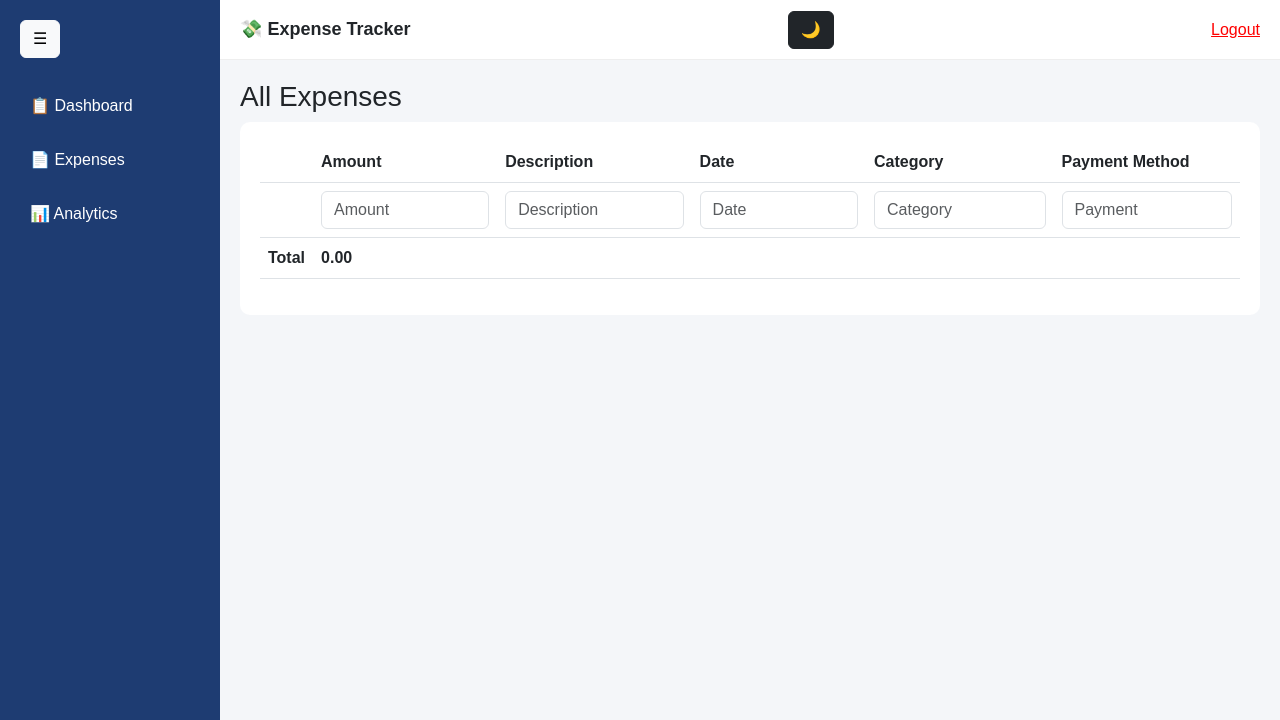
Repository: TejasChoudhary1996/expense-microservices
Page: http://localhost/ui-service/WEB-INF/jsp/pages/expenses.jsp
An editor plug-in stored every save of this project. The page is shown before and after the next save, followed by the edit.
The browser window is 1280 px wide. The pictures show the whole page.
The page is served by Tomcat 10. Nobody is signed in. The template is opened directly, without the code that normally fills it, so the values that code supplies are empty.

Above is the page before, as saved 2026-03-29 17:20:21.

After the next save:
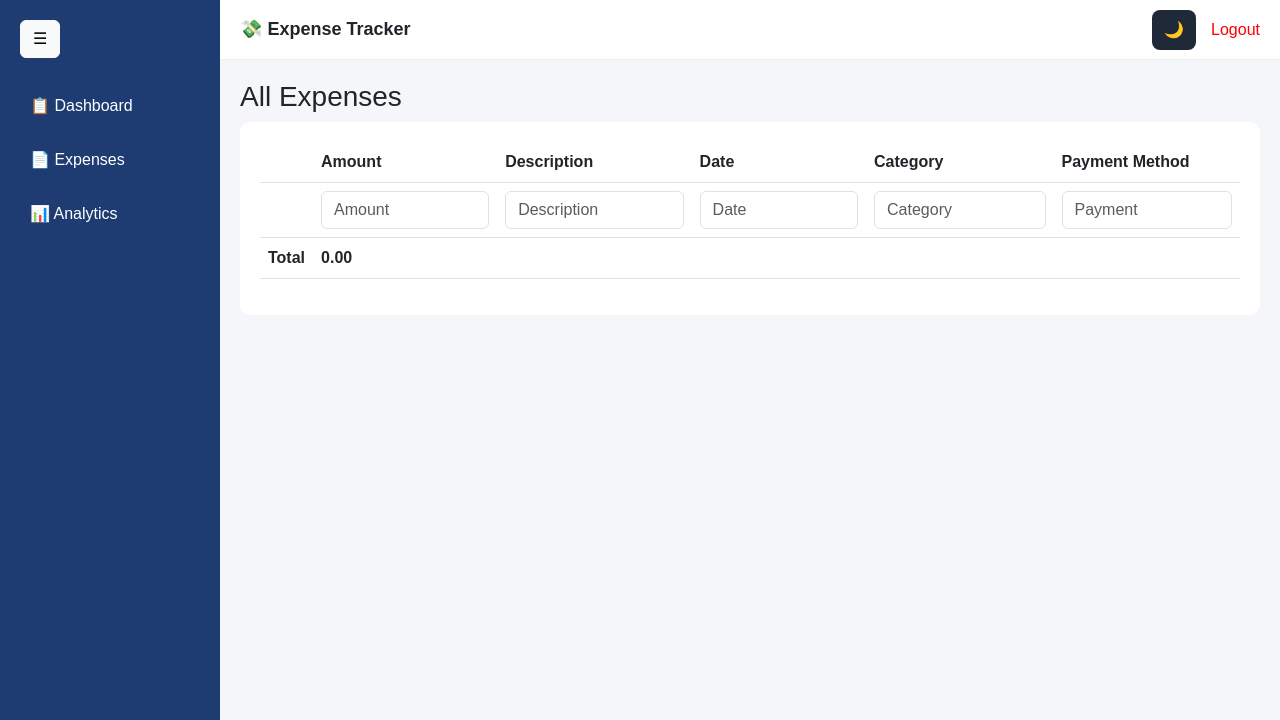
Saved 13 min 5 s later.
--- a/ui-service/src/main/webapp/WEB-INF/jsp/layout/header.jsp
+++ b/ui-service/src/main/webapp/WEB-INF/jsp/layout/header.jsp
@@ -178,6 +178,18 @@ function toggleTheme() {
 <!-- ===== HEADER ===== -->
 <div class="header">
     <h5>💸 Expense Tracker</h5>
-    <button onclick="toggleTheme()" class="btn btn-dark">🌙</button>
-    <a href="/logout" style="color:red;">Logout</a>
+ <div style="display:flex; align-items:center; gap:15px; margin-left:auto;">
+
+    <!-- Dark Mode Toggle -->
+    <button id="darkModeToggle"
+        style="background:#1f2937; color:white; border:none; padding:8px 12px; border-radius:8px; cursor:pointer;">
+        🌙
+    </button>
+
+    <!-- Logout -->
+    <a href="/logout" style="color:red; text-decoration:none; font-weight:500;">
+        Logout
+    </a>
+
 </div>
+</div>
